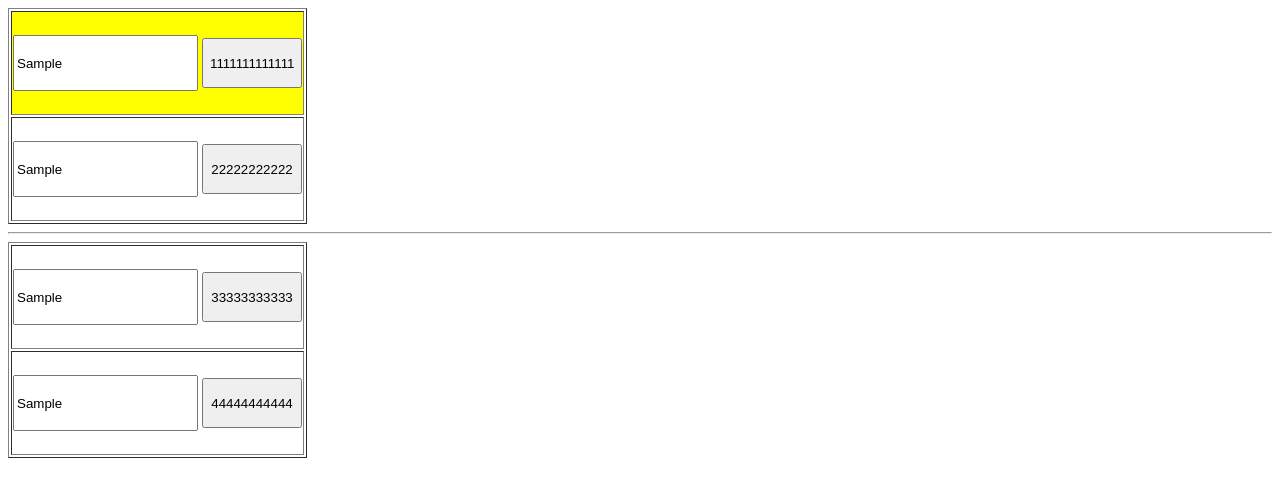
Repository: womss/sexyguy
Page: Spring/Feb14_1_jQuery/WebContent/2_DOM_Select.html
The author's editor kept a copy of each file at every save. The page is drawn from the files as they stood at one save, then again after the next save.
The browser window is 1280 px wide. The pictures show the whole page.
Empty fields were first filled with sample values (such as "Sample", 5 or name@example.com).
After loading, the first visible `td` was clicked once.

Above is the page before, as saved 2025-02-14 02:47:12.
Console error: TypeError: $(...).children.css is not a function

### Spring/Feb14_1_jQuery/WebContent/2_DOM_Select.html
<!DOCTYPE html>
<html>
<head>
<meta charset="UTF-8">
<title>Insert title here</title>
<style type="text/css">
	td {height: 100px;}
	input {height: 50px;}
	button {width: 100px; height: 50px;}

</style>
<script type="text/javascript" src="jQuery.js"></script>
<script type="text/javascript">
	$(function() {
		// alert('asdf');

		// 선택자를 지정하지 않았을 때 특정 DOM객체를 어떻게 찾아낼 것인가?
		$("button").click(function() {

			// $(this) : 클릭이벤트의 발생함수(콜백함수)를 호출한 장본인
			//			누른 버튼만 해당하는 명령을 실행하도록!
			$(this).css("background-color", "red");

			// 누른 버튼이 있는 td에 배경색을 주기

			// $("td").css("background-color", "teal");
			// parent() : 내가 누른 this의 한단계 상위 DOM객체
			//		cf) 한단계 하위 객체 : children()
			$(this).parent().css("background-color", "teal");


			// 누른 버튼이 있는 table의 테두리를 파란색으로
			// $(this).parent().parent().parent().parent().css("border", "blue solid 3px");

			// closest("CSS선택자") : 상위에 있는 것 중에서 가장 가까운 CSS선택자
			//		cf) find("CSS선택자") : 하위객체 중에서 특정한(CSS선택자) 것
			$(this).closest("table").css("border", "blue solid 3px");
		});
		// td를 클릭했을 때 누른 td의 배경색을 노란색
		// td를 클릭했을 때 그 td속에 있는 모든 것들의 배경색을 핑크색
		// td를 클릭했을 때 그 td속에 들어있는 버튼의 테두리색 (색자유)

		// input에 쓴 글자가(입력하고 버튼 눌렀을 때)
		//	해당 input과 동일선상에 있는 button의 글자색이 되도록
		$("td").click(function() {
			$(this).css("background-color", "yellow");
			$(this).children.css("background-color", "pink");

		});






	});
</script>
</head>
<body>
	<table border="1">
		<tr><td><input> <button>1111111111111</button></td></tr>
		<tr><td><input> <button>22222222222</button></td></tr>
	</table>
	<hr>
	<table border="1">
		<tr><td><input> <button>33333333333</button></td></tr>
		<tr><td><input> <button>44444444444</button></td></tr>
	</table>
</body>
</html>

Loaded but not shown: Spring/Feb14_1_jQuery/WebContent/jQuery.js (library)

After the next save:
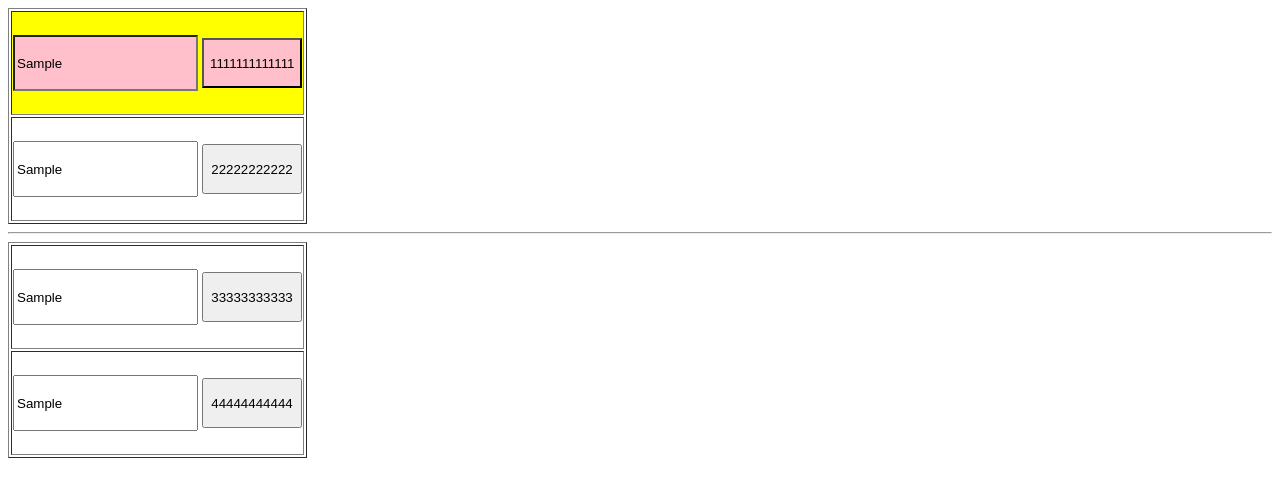
The error is gone.
Saved 40 s later.
--- a/Spring/Feb14_1_jQuery/WebContent/2_DOM_Select.html
+++ b/Spring/Feb14_1_jQuery/WebContent/2_DOM_Select.html
@@ -44,7 +44,7 @@
 		//	해당 input과 동일선상에 있는 button의 글자색이 되도록
 		$("td").click(function() {
 			$(this).css("background-color", "yellow");
-			$(this).children.css("background-color", "pink");
+			$(this).children().css("background-color", "pink");
 
 		});
 
